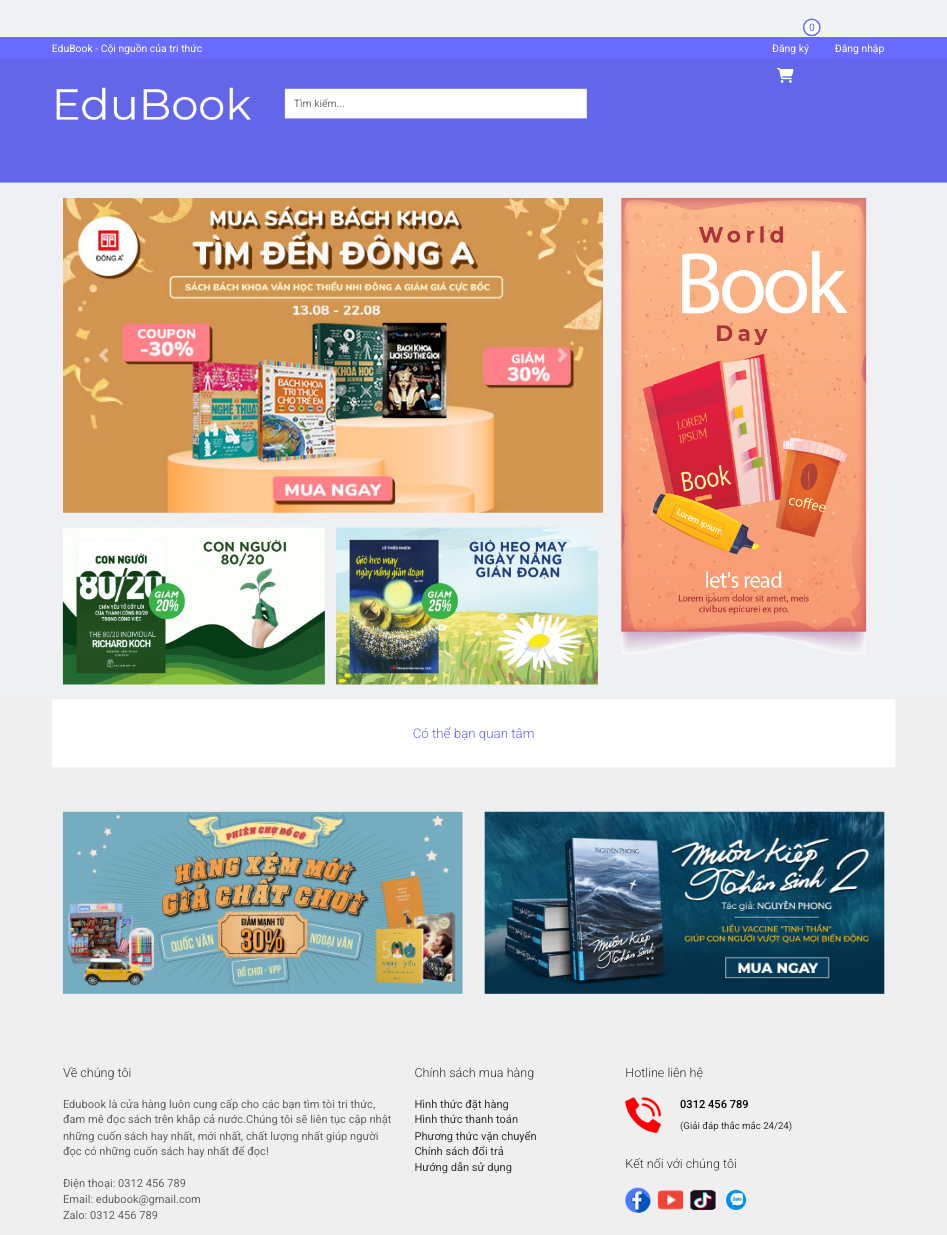
Repository: ThieuDV091002/BookShop
Page: http://localhost/index
An editor plug-in stored every save of this project. The page is shown before and after the next save, followed by the edit.
The browser window is 1280 px wide. The pictures show the whole page, at 74% of full size.
Some web fonts or font styles are not loaded; a fallback is used. The page is this project's Thymeleaf template; nobody is signed in. The template is opened directly, without the code that normally fills it, so the values that code supplies are empty.

Above is the page before, as saved 2023-07-19 06:21:38.
Console error: TypeError: $(...).rating is not a function

### EduBookProject/EduBookWebparent/EduBookFrontEnd/src/main/resources/templates/index.html
<!DOCTYPE html>
<html xmlns:th="www.thymeleaf.org"
	xmlns:sec="https://www.thymeleaf.org/thymeleaf-extras-springsecurity5">
<head>
<meta charset="UTF-8">
<meta name="viewport" content="width=device-width, initial-scale=1.0">
<title>Trang chủ - EduBook</title>
<script th:src="@{js/jquery-3.3.1.js}"></script>
<script th:src="@{js/bootstrap.min.js}"></script>
<link th:href="@{css/datepicker3.css}" rel="stylesheet">
<script
	th:src="@{https://ajax.googleapis.com/ajax/libs/jquery/3.5.1/jquery.min.js}"></script>
<link th:href="@{/rating-star/css/star-rating.css}" media="all"
	rel="stylesheet" type="text/css" />
<script th:src="@{/rating-star/js/star-rating.js}"
	type="text/javascript"></script>
<link th:href="@{/rating-star/themes/krajee-svg/theme.css}" media="all"
	rel="stylesheet" type="text/css" />
<script th:src="@{/rating-star/themes/krajee-svg/theme.js}"></script>
<link rel="stylesheet" th:href="@{css/bootstrap.min.css}">
<link rel="stylesheet" th:href="@{css/bootstrap1.min.css}">
<link rel="stylesheet"
	th:href="@{https://maxcdn.bootstrapcdn.com/bootstrap/3.4.1/css/bootstrap.min.css}">
<script th:src="@{js/lumino.glyphs.js}"></script>

<link
	th:href="@{https://fonts.googleapis.com/css2?family=Roboto:ital,wght@0,300;0,400;0,500;0,700;1,300;1,400;1,500&display=swap}"
	rel="stylesheet">
<link rel="stylesheet" th:href="@{fontawesome/all.min.css}">
<link
	th:href="@{https://fonts.googleapis.com/css2?family=Paytone+One&display=swap}"
	rel="stylesheet">
<link rel="stylesheet" th:href="@{css/style.css}">
<link rel="stylesheet" th:href="@{css/style1.css}">
<link rel="stylesheet" th:href="@{css/home.css}">
</head>
<body>
	<div class="app">
		<header id="header">
			<div class="header__top">
				<div class="container">
					<section class="row flex">
						<div class="col-lg-5 col-md-0 col-sm-0 heade__top-left">
							<span>EduBook - Cội nguồn của tri thức</span>
						</div>

						<nav class="col-lg-7 col-md-0 col-sm-0 header__top-right">
							<ul class="header__top-list" sec:authorize="!isAuthenticated()">
								<li class="header__top-item"><a th:href="@{/register}"
									class="header__top-link">Đăng ký</a></li>
								<li class="header__top-item"><a th:href="@{/login}"
									class="header__top-link">Đăng nhập</a></li>
							</ul>
							<ul class="user-menu" sec:authorize="isAuthenticated()">
		                        <li class="dropdown pull-right"><a href=""
		                            class="dropdown-toggle" data-toggle="dropdown"
		                            sec:authentication="principal.hoten"><svg
		                                    class="glyph stroked male-user">
		                                    <use xlink:href="#stroked-male-user"></use></svg><span
		                                class="caret"></span></a>
		                            <ul class="dropdown-menu" role="menu">
		                                <li><a th:href="@{/customer-update}">Thông tin tài
		                                        khoản</a></li>
		                                <li><a th:href="@{/order}">Đơn hàng</a></li>
		                                <li><a th:href="@{/review}">Đánh giá</a></li>
		                                <li><a th:href="@{/request}">Khiếu nại</a></li>
		                                <li><a th:href="@{/address_book}">Địa chỉ</a></li>
		                                <li><a id="logoutLink" href="">Đăng xuất</a></li>
		                            </ul></li>
		                    </ul>
						</nav>
					</section>
				</div>
			</div>


			<div class="header__bottom">
				<div class="container">
					<section class="row">
						<div class="col-lg-3 col-md-4 col-sm-12 header__logo">
							<h1 class="header__heading">
								<a href="#" class="header__logo-link"> <img
									th:src="@{image/logo1.png}" alt="Logo" class="header__logo-img">
								</a>
							</h1>
						</div>

						<div class="col-lg-6 col-md-7 col-sm-0 header__search text-center"
							style="display: flex; justify-content: center; align-items: center;">
							<form class="col-lg-12 col-md-7 col-sm-0 header__search"
								th:action="@{/search}" method="get" id="myForm">
								<input type="search" name="keyword" class="header__search-input"
									th:value="${keyword}" placeholder="Tìm kiếm...">
							</form>
						</div>

						<a href="cart.html"
							class="col-lg-1 col-md-1 col-sm-0 header__cart">
							<div class="header__cart-icon-wrap">
								<a th:href="@{/cart}"> <span class="header__notice">0</span>
									<i class="fas fa-shopping-cart header__nav-cart-icon"></i>
								</a>
							</div>
						</a>
					</section>
				</div>
			</div>

			<div class="header__nav">
				<div class="container">
					<section class="row"></section>
				</div>
			</div>
		</header>

		<section class="menu-slide text-center">
			<div class="container">
				<th:block sec:authorize="isAuthenticated()">
					<form th:action="@{/logout}" method="post" th:hidden="true"
						name="LogoutForm">
						<input type="submit">
					</form>
				</th:block>
				<div class="row">
					<div class="slider col-lg-12 col-md-12 col-sm-0">
						<div class="row">
							<div class="slide__left col-lg-8 col-md-0 col-sm-0">
								<div id="carouselExampleIndicators" class="carousel slide"
									data-ride="carousel" data-interval="3000">
									<div class="carousel-inner">
										<div class="carousel-item active">
											<img th:src="@{image/363488_final1511.jpg}"
												class="d-block w-100" alt="...">
										</div>
										<div class="carousel-item">
											<img th:src="@{image/Gold_DongA_600X350.jpg}"
												class="d-block w-100" alt="...">
										</div>
										<div class="carousel-item">
											<img th:src="@{image/megabook-glod600X350.png}"
												class="d-block w-100" alt="...">
										</div>
									</div>
									<a class="carousel-control-prev"
										href="#carouselExampleIndicators" role="button"
										data-slide="prev"> <span
										class="carousel-control-prev-icon" aria-hidden="true"></span>
										<span class="sr-only">Previous</span>
									</a> <a class="carousel-control-next"
										href="#carouselExampleIndicators" role="button"
										data-slide="next"> <span
										class="carousel-control-next-icon" aria-hidden="true"></span>
										<span class="sr-only">Next</span>
									</a>
								</div>
								<div class="slide__left-bottom">
									<div class="slide__left-botom-one">
										<img th:src="@{image/363107_05.jpg}"
											class="slide__left-bottom-one-img">
									</div>
									<div class="slide__left-bottom-two">
										<img th:src="@{image/363104_06.jpg}"
											class="slide__left-bottom-tow-img">
									</div>
								</div>
							</div>

							<div class="slide__right col-lg-4 col-md-0 col-sm-0">
								<img th:src="@{image/slider-right.png}" class="slide__right-img">
							</div>
						</div>
					</div>
				</div>
			</div>
		</section>

		<section class="product__love">
			<div class="container">
				<div class="row bg-white">
					<div class="col-lg-12 col-md-12 col-sm-12 product__love-title">
						<h2 class="product__love-heading" style="text-align: center;">
							Có thể bạn quan tâm</h2>
					</div>
				</div>
				<div class="row bg-white">
					<div class="product__panel-item col-lg-2 col-md-3 col-sm-6"
						th:each="book : ${listBooks}" th:object="${book}">
						<div class="product__panel-img-wrap">
							<img th:if="${book.hinhanh == null}"
								th:src="@{/image/id467907-125.png}"
								style="width: 90%; height: 90%" class="product__panel-img">
							<img th:if="${book.hinhanh != null}"
								th:src="@{${book.bookPhotoPath}}" class="product__panel-img">
						</div>
						<h3 class="product__panel-heading">
							<a th:href="@{'/book-detail-' + ${book.IDsach}}"
								class="product__panel-link">[[${book.tensach}]]</a>
						</h3>

						<div class="product__panel-rate-wrap">
							<input type="text" class="book-detail-rating-star" dir="ltr"
								data-size="sm" th:value="${book.averageRating}">
						</div>

						<div class="product__panel-price">
							<span class="product__panel-price-current">
								[[${book.dongia}]] đ </span>
						</div>
					</div>
				</div>
			</div>
		</section>

		<section class="product__love">
			<div class="container">
				<div class="row bestselling__banner">
					<div class="bestselling__banner-left col-lg-6">
						<img th:src="@{image/920x420_phienchodocu.png}"
							alt="Banner quảng cáo" class="bestselling__banner-left-img">
					</div>
					<div class="bestselling__banner-right col-lg-6">
						<img th:src="@{image/muonkiepnhansinh_resize_920x420.jpg}"
							alt="Banner quảng cáo" class="bestselling__banner-right-img">
					</div>
				</div>
			</div>
		</section>

		<footer>
			<section class="footer__top">
				<div class="container">
					<div class="row">
						<article class="footer__top-intro col-lg-5 col-md-4 col-sm-6">
							<h4 class="footer__top-intro-heading">Về chúng tôi</h4>
							<div class="footer__top-intro-content">
								Edubook là cửa hàng luôn cung cấp cho các bạn tìm tòi tri thức,
								đam mê đọc sách trên khắp cả nước.Chúng tôi sẽ liên tục cập nhật
								những cuốn sách hay nhất, mới nhất, chất lượng nhất giúp người
								đọc có những cuốn sách hay nhất để đọc! <br> <br> Điện
								thoại: 0312 456 789 <br> Email: edubook@gmail.com <br>
								Zalo: 0312 456 789 <br>
							</div>
						</article>

						<article class="footer__top-policy col-lg-3 col-md-4 col-sm-6">
							<h4 class="footer__top-policy-heading">Chính sách mua hàng</h4>

							<ul class="footer__top-policy-list">
								<li class="footer__top-policy-item"><a href="#"
									class="footer__top-policy-link">Hình thức đặt hàng</a></li>
								<li class="footer__top-policy-item"><a href="#"
									class="footer__top-policy-link">Hình thức thanh toán</a></li>
								<li class="footer__top-policy-item"><a href="#"
									class="footer__top-policy-link">Phương thức vận chuyển</a></li>
								<li class="footer__top-policy-item"><a href="#"
									class="footer__top-policy-link">Chính sách đổi trả</a></li>
								<li class="footer__top-policy-item"><a href="#"
									class="footer__top-policy-link">Hướng dẫn sử dụng</a></li>
							</ul>
						</article>

						<article
							class="footer__top-contact-wrap col-lg-4 col-md-4 col-sm-6">
							<h4 class="footer__top-contact-heading">Hotline liên hệ</h4>

							<div class="footer__top-contact">
								<div class="footer__top-contact-icon">
									<img th:src="@{image/phone_top.png}"
										class="footer__top-contact-img">
								</div>

								<div class="footer__top-contact-phone-wrap">
									<div class="footer__top-contact-phone">0312 456 789</div>
									<div class="footer__top-contact-des">(Giải đáp thắc mắc
										24/24)</div>
								</div>
							</div>

							<h4 class="footer__top-contact-heading">Kết nối với chúng
								tôi</h4>

							<div class="footer__top-contact-social">
								<a href="#" class="footer__top-contact-social-link"> <img
									th:src="@{image/facebook.png}">
								</a> <a href="#" class="footer__top-contact-social-link"> <img
									th:src="@{image/youtube.png}">
								</a> <a href="#" class="footer__top-contact-social-link"> <img
									th:src="@{image/tiktok.png}">
								</a> <a href="#" class="footer__top-contact-social-link"> <img
									th:src="@{image/zalo.png}">
								</a>
							</div>
						</article>
					</div>
				</div>
			</section>
		</footer>
	</div>
	<script th:src="@{js/jquery-1.11.1.min.js}"></script>
	<script th:src="@{js/jq.js}"></script>
	<script th:src="@{js/index.js}"></script>
	<script type="text/javascript">
	    $(document).ready(function() {
	        $("#logoutLink").on("click", function(e) {
	            e.preventDefault();
	            $("form[name='LogoutForm']").submit();
	        });

	        $('#myForm input[type="search"]').keypress(function (event) {
					if (event.which === 13) {
						event.preventDefault();
						$('#myForm').submit();
					}
				});
	    });
	</script>
	<script type="text/javascript">
		$(".book-detail-rating-star").rating({
	  		displayOnly: true,
	  		hoverOnClera: false,
	  		showCaption: false,
	  		theme: 'krajee-svg'
	  	})
	</script>
</body>
</html>

### EduBookProject/EduBookWebparent/EduBookFrontEnd/src/main/resources/static/rating-star/css/star-rating.css
/*!
 * bootstrap-star-rating v4.1.3
 * http://plugins.krajee.com/star-rating
 *
 * Author: Kartik Visweswaran
 * Copyright: 2013 - 2021, Kartik Visweswaran, Krajee.com
 *
 * Licensed under the BSD 3-Clause
 * https://github.com/kartik-v/bootstrap-star-rating/blob/master/LICENSE.md
 */
.rating-loading {
    width: 25px;
    height: 25px;
    font-size: 0;
    color: #fff;
    background: transparent url('../img/loading.gif') top left no-repeat;
    border: none;
}

/*
 * Stars & Input
 */
.rating-container .rating-stars {
    position: relative;
    cursor: pointer;
    vertical-align: middle;
    display: inline-block;
    overflow: hidden;
    white-space: nowrap;
}

.rating-container .rating-stars:focus {
    outline: 1px dotted;
}

.rating-input {
    position: absolute;
    cursor: pointer;
    width: 100%;
    height: 1px;
    bottom: 0;
    left: 0;
    font-size: 1px;
    opacity: 0;
    padding: 0;
    margin: 0;
    outline: none;
    pointer-events: none;
    border: none;
    box-shadow: none;
    background: none;
}

.rating-container.is-display-only .rating-stars {
    cursor: default;
}

.rating-disabled .rating-stars {
    cursor: not-allowed;
}

.rating-container .star {
    display: inline-block;
    margin: 0 2px;
    text-align: center;
}

.rating-container .empty-stars {
    color: #aaa;
}

.rating-container .filled-stars {
    position: absolute;
    left: 0;
    top: 0;
    margin: auto;
    color: #fde16d;
    white-space: nowrap;
    overflow: hidden;
    -webkit-text-stroke: 1px #777;
    text-shadow: 1px 1px #999;
}

.rating-rtl {
    float: right;
}

.rating-animate .filled-stars {
    transition: width 0.25s ease;
}

.rating-rtl .filled-stars {
    left: auto;
    right: 0;
    transition: none;
    -webkit-transform: matrix(-1, 0, 0, 1, 0, 0);
    transform: matrix(-1, 0, 0, 1, 0, 0);
}

.rating-rtl.is-star .filled-stars {
    right: 0.06em;
}

.rating-rtl.is-heart .empty-stars {
    margin-right: 0.07em;
}

/**
 * Clear
 */
.rating-container .clear-rating {
    color: #aaa;
    cursor: not-allowed;
    display: inline-block;
    vertical-align: middle;
    font-size: 60%;
}

.clear-rating-active {
    cursor: pointer !important;
}

.clear-rating-active:hover {
    color: #843534;
}

.rating-container .clear-rating {
    padding-right: 5px;
}

/**
 * Caption
 */

/* extend support to BS4 */
.rating-container .caption .label {
    display: inline-block;
    padding: .25em .4em;
    line-height: 1;
    text-align: center;
    vertical-align: baseline;
    border-radius: .25rem;
}

.rating-container .caption {
    color: #999;
    display: inline-block;
    vertical-align: middle;
    line-height: 1;
}

.rating-container .caption {
    margin-left: 5px;
    margin-right: 0;
}

.rating-rtl .caption {
    margin-right: 5px;
    margin-left: 0;
}

/**
 * Print
 */
@media print {
    .rating-container .clear-rating {
        display: none;
    }
}

/**
 * Sizes
 */
.rating-xl {
    font-size: 48px;
}
.rating-lg {
    font-size: 40px;
}
.rating-md {
    font-size: 32px;
}
.rating-sm {
    font-size: 24px;
}
.rating-xs {
    font-size: 16px;
}

.rating-xl .caption {
    font-size: 20px;
}

.rating-lg .caption {
    font-size: 18px;
}

.rating-md .caption {
    font-size: 16px;
}

.rating-sm .caption {
    font-size: 14px;
}

.rating-xs .caption {
    font-size: 12px;
}

/**
 * Caption
 */
.caption-badge {
    font-family: Arial, Helvetica, sans-serif;
    display: inline-block;
    padding: .35em .65em;
    font-size: .75em;
    font-weight: 700;
    line-height: 1;
    color: #fff;
    text-align: center;
    white-space: nowrap;
    vertical-align: baseline;
    border-radius: .25rem;
}

.caption-secondary {
    background-color: #6c757d;
}

.caption-danger {
    background-color: #dc3545;
}

.caption-warning {
    background-color: #ffc107;
    color: #212529;
}

.caption-info {
    background-color: #0dcaf0;
    color: #212529;
}

.caption-primary {
    background-color: #0d6efd;
}

.caption-success {
    background-color: #198754;
}

### EduBookProject/EduBookWebparent/EduBookFrontEnd/src/main/resources/static/rating-star/themes/krajee-svg/theme.css
/*!
 * Krajee SVG Theme styling for bootstrap-star-rating.
 * This file must be loaded after 'star-rating.css'.
 *
 * bootstrap-star-rating v4.1.3
 * http://plugins.krajee.com/star-rating
 *
 * Author: Kartik Visweswaran
 * Copyright: 2013 - 2021, Kartik Visweswaran, Krajee.com
 *
 * Licensed under the BSD 3-Clause
 * https://github.com/kartik-v/bootstrap-star-rating/blob/master/LICENSE.md
 */
.theme-krajee-svg .krajee-icon,
.theme-krajee-svg .krajee-icon-clear {
    display: inline-block;
    width: 2rem;
    height: 2rem;
    -webkit-background-size: cover;
    -moz-background-size: cover;
    -o-background-size: cover;
    background-size: cover;
}

.theme-krajee-svg .clear-rating,
.theme-krajee-svg .rating-stars {
    font-size: 5px;
}

.theme-krajee-svg .krajee-icon-clear {
    background-image: url('data:[embedded picture, 747 characters]');
}

.theme-krajee-svg .filled-stars .krajee-icon-star {
    background-image: url('data:[embedded picture, 447 characters]');
}

.theme-krajee-svg.rating-xl .krajee-icon,
.theme-krajee-svg.rating-xl .krajee-icon-clear {
    width: 3rem;
    height: 3rem;
}

.theme-krajee-svg.rating-lg .krajee-icon,
.theme-krajee-svg.rating-lg .krajee-icon-clear {
    width: 2.5rem;
    height: 2.5rem;
}

.theme-krajee-svg.rating-md .krajee-icon,
.theme-krajee-svg.rating-md .krajee-icon-clear {
    width: 2rem;
    height: 2rem;
}

.theme-krajee-svg.rating-sm .krajee-icon,
.theme-krajee-svg.rating-sm .krajee-icon-clear {
    width: 1.5rem;
    height: 1.5rem;
}

.theme-krajee-svg.rating-xs .krajee-icon,
.theme-krajee-svg.rating-xs .krajee-icon-clear {
    width: 1rem;
    height: 1rem;
}

.theme-krajee-svg .krajee-icon-clear:hover {
    background-image: url('data:[embedded picture, 753 characters]');
}

.theme-krajee-svg .empty-stars .krajee-icon-star {
    background-image: url('data:[embedded picture, 447 characters]');
}

.theme-krajee-svg .filled-stars .krajee-icon-heart {
    background-image: url('data:[embedded picture, 621 characters]');
}

.theme-krajee-svg .empty-stars .krajee-icon-heart {
    background-image: url('data:[embedded picture, 621 characters]');
}

.theme-krajee-svg.rating-rtl.is-heart .filled-stars {
    right: 0.02em;
}

.theme-krajee-svg.rating-rtl.is-heart .empty-stars {
    margin-right: 0.01em;
}

Loaded but not shown: EduBookProject/EduBookWebparent/EduBookFrontEnd/src/main/resources/static/js/jquery-3.3.1.js (library); EduBookProject/EduBookWebparent/EduBookFrontEnd/src/main/resources/static/js/bootstrap.min.js (library); EduBookProject/EduBookWebparent/EduBookFrontEnd/src/main/resources/static/css/bootstrap.min.css (library); EduBookProject/EduBookWebparent/EduBookFrontEnd/src/main/resources/static/css/bootstrap1.min.css (library); EduBookProject/EduBookWebparent/EduBookFrontEnd/src/main/resources/static/js/lumino.glyphs.js (library); EduBookProject/EduBookWebparent/EduBookFrontEnd/src/main/resources/static/fontawesome/all.min.css (library); EduBookProject/EduBookWebparent/EduBookFrontEnd/src/main/resources/static/js/jquery-1.11.1.min.js (library); EduBookProject/EduBookWebparent/EduBookFrontEnd/src/main/resources/static/rating-star/js/star-rating.js (708 lines, source omitted); EduBookProject/EduBookWebparent/EduBookFrontEnd/src/main/resources/static/js/jq.js (51 lines, source omitted); EduBookProject/EduBookWebparent/EduBookFrontEnd/src/main/resources/static/rating-star/themes/krajee-svg/theme.js (30 lines, source omitted); EduBookProject/EduBookWebparent/EduBookFrontEnd/src/main/resources/static/js/index.js (26 lines, source omitted); EduBookProject/EduBookWebparent/EduBookFrontEnd/src/main/resources/static/css/datepicker3.css (792 lines, source omitted); EduBookProject/EduBookWebparent/EduBookFrontEnd/src/main/resources/static/css/style1.css (933 lines, source omitted); EduBookProject/EduBookWebparent/EduBookFrontEnd/src/main/resources/static/css/home.css (832 lines, source omitted); EduBookProject/EduBookWebparent/EduBookFrontEnd/src/main/resources/static/css/style.css (462 lines, source omitted)

After the next save:
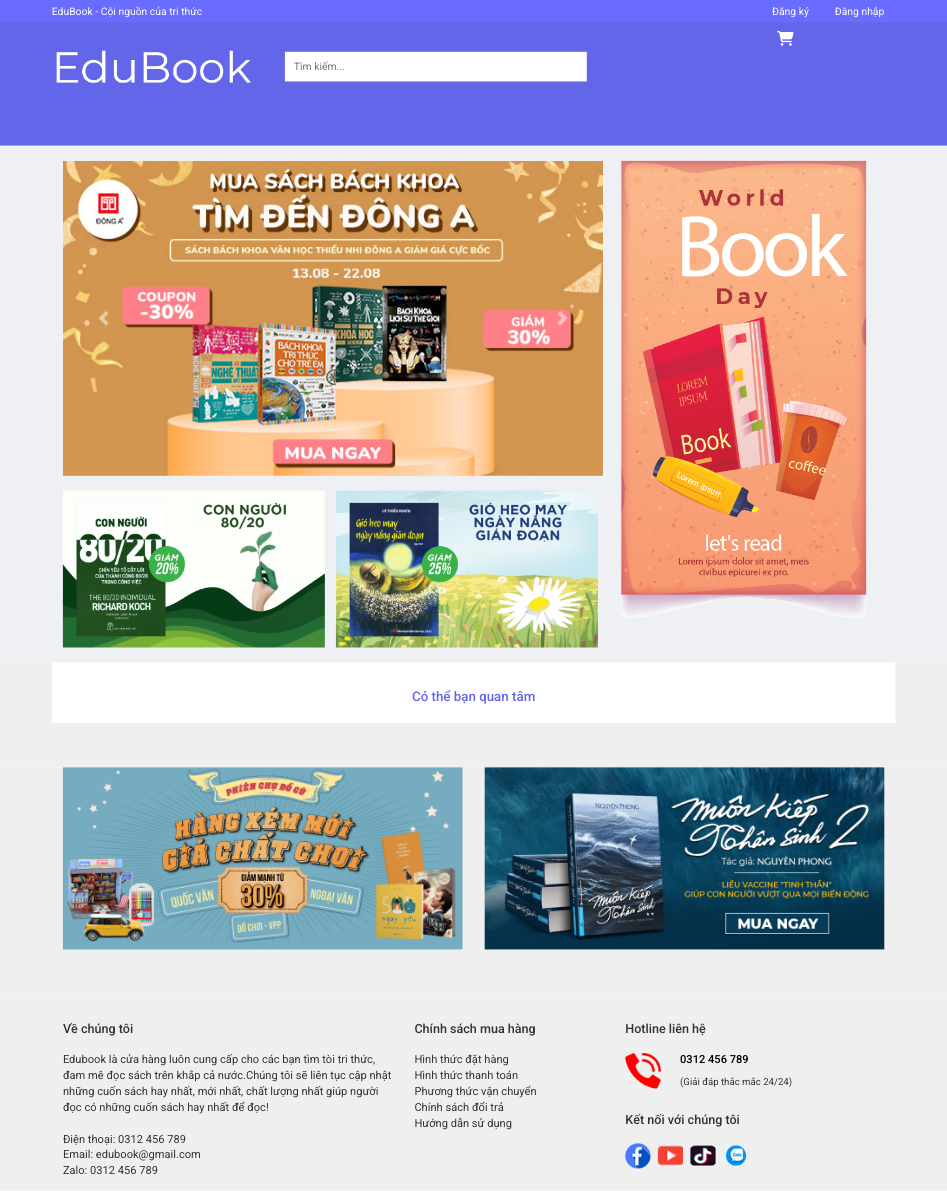
Console error: TypeError: Cannot read properties of null (reading 'style')
Saved 90 s later.
--- a/EduBookProject/EduBookWebparent/EduBookFrontEnd/src/main/resources/templates/index.html
+++ b/EduBookProject/EduBookWebparent/EduBookFrontEnd/src/main/resources/templates/index.html
@@ -7,7 +7,6 @@
 <title>Trang chủ - EduBook</title>
 <script th:src="@{js/jquery-3.3.1.js}"></script>
 <script th:src="@{js/bootstrap.min.js}"></script>
-<link th:href="@{css/datepicker3.css}" rel="stylesheet">
 <script
 	th:src="@{https://ajax.googleapis.com/ajax/libs/jquery/3.5.1/jquery.min.js}"></script>
 <link th:href="@{/rating-star/css/star-rating.css}" media="all"
@@ -18,7 +17,6 @@
 	rel="stylesheet" type="text/css" />
 <script th:src="@{/rating-star/themes/krajee-svg/theme.js}"></script>
 <link rel="stylesheet" th:href="@{css/bootstrap.min.css}">
-<link rel="stylesheet" th:href="@{css/bootstrap1.min.css}">
 <link rel="stylesheet"
 	th:href="@{https://maxcdn.bootstrapcdn.com/bootstrap/3.4.1/css/bootstrap.min.css}">
 <script th:src="@{js/lumino.glyphs.js}"></script>
@@ -31,7 +29,6 @@
 	th:href="@{https://fonts.googleapis.com/css2?family=Paytone+One&display=swap}"
 	rel="stylesheet">
 <link rel="stylesheet" th:href="@{css/style.css}">
-<link rel="stylesheet" th:href="@{css/style1.css}">
 <link rel="stylesheet" th:href="@{css/home.css}">
 </head>
 <body>
@@ -296,7 +293,6 @@
 			</section>
 		</footer>
 	</div>
-	<script th:src="@{js/jquery-1.11.1.min.js}"></script>
 	<script th:src="@{js/jq.js}"></script>
 	<script th:src="@{js/index.js}"></script>
 	<script type="text/javascript">
